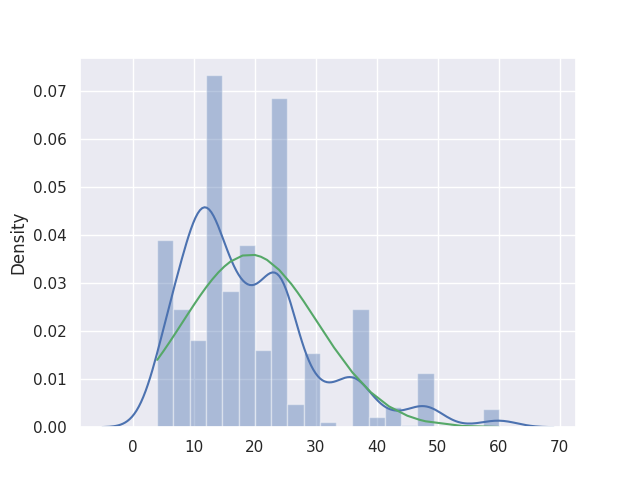
Repository: Suelt/Hust-SE-introduction-to-ML
Script's output: python Bayes Classification/Gaussian.py
The author's editor kept a copy of each file at every save. The script's output is drawn from the files as they stood at one save, then again after the next save.
Random numbers start from a fixed seed.

Above is the script's output before, as saved 2021-04-28 12:17:40.

### Bayes Classification/Gaussian.py
import pandas as pd
import numpy as np
import matplotlib.pyplot as plt
import seaborn as sns
from scipy.stats import norm
credit = pd.read_csv("C:\\pyproject\\Bayes Classification\\transformed.csv")

df=credit[credit['credit_risk'].isin(['good'])]
list_status=df['duration']
length=list_status.shape[0]

values = list_status.value_counts().keys().tolist()
values.sort()
# Gaussian_result={}
# whole_percent=0
# rate=0
# #calculate the whole rate
# for value in values:
#     rate=list_status.value_counts()[value]/length
#     whole_percent+=rate
#     Gaussian_result[value]=whole_percent
# fig = plt.figure()
# ax = fig.add_subplot()
# x=[]
# y=[]
# for value in values:
#     x.append(value)
#     y.append(Gaussian_result[value])
# parameter = np.polyfit(x, y, 3)
# y2=[]

# for i in x:
#     y2_value = parameter[0] * i ** 3 + parameter[1] * i ** 2 + parameter[2] * i + parameter[3]
#     y2.append(y2_value)
# print(x)
# plt.scatter(x, y)
# plt.plot(x, y2, color='g')
# # for value in values:
# #     ax.scatter(value, list_status.value_counts()[value])
# ax.set_xlabel('value')
# ax.set_ylabel('value_counts')
# plt.grid()
# plt.show()

sns.set()
x=list(df['duration'])
sns.distplot(x)

arr_mean = np.mean(list_status)
arr_std = np.std(list_status,ddof=1)
gaussian_result=[]
y=[]
x=[]
for i in values:
    r_2 = norm.pdf(i, loc=arr_mean, scale=arr_std)
    y.append(r_2)
    x.append(i)
plt.plot(x,y,color='g')
plt.show()

Loaded but not shown: Bayes Classification/transformed.csv (1001 lines, source omitted)

After the next save:
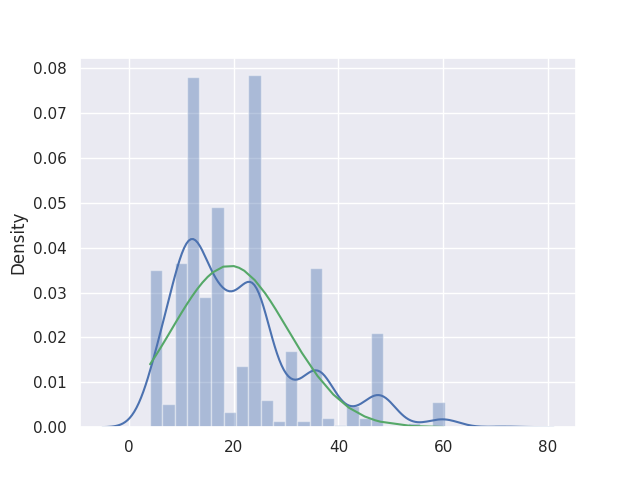
Saved 32 s later.
--- a/Bayes Classification/Gaussian.py
+++ b/Bayes Classification/Gaussian.py
@@ -43,7 +43,7 @@ values.sort()
 # plt.show()
 
 sns.set()
-x=list(df['duration'])
+x=list(credit['duration'])
 sns.distplot(x)
 
 arr_mean = np.mean(list_status)
